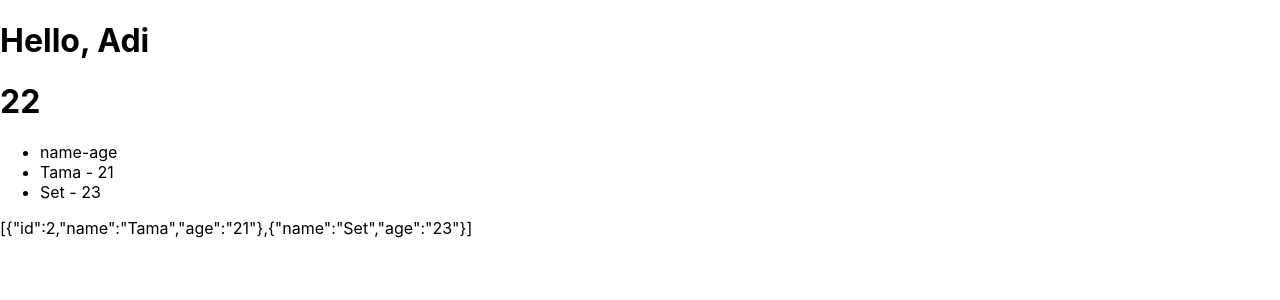
Repository: idaitesamatarp/ifabula
Page: / (app in latihan/)
An editor plug-in stored every save of this project. The page is shown before and after the next save, followed by the edit.
The browser window is 1280 px wide. The pictures show the whole page.
The project was rebuilt for these pictures with package versions that can differ from the ones it lists, and the page was loaded fresh each time. Also part of the build but not shown: latihan/src/App.css, latihan/src/component/UserList.jsx.

Above is the page before, as saved 2022-05-30 15:13:25.

### latihan/src/App.js
// import logo from './logo.svg';
import "./App.css";
import React, { Component } from "react";
import UserList from "./component/UserList";

class App extends Component {
  constructor() {
    super();
    this.state = {
      id: 1,
      name: "Adi",
      age: "22",
      users: [
        {
          id: 2,
          name: "Tama",
          age: "21",
        },
        {
          name: "Set",
          age: "23",
        },
      ],
    };
  }
  render() {
    const { name, age, users } = this.state;
    // console.log("users", users);
    return (
      <div>
        <h1>Hello, {name}</h1>
        <h1>{age}</h1>
        <ul>
          <li>name-age</li>
          {users.map((user) => {
            return (
              <li>
                {user.name} - {user.age}
              </li>
            );
          })}
        </ul>
        {JSON.stringify(users)}
      </div>
    );
  }
}

/* function App() {
  return (
    <div className="App">
      <header className="App-header">
        <img src={logo} className="App-logo" alt="logo" />
        <p>
          Edit <code>src/App.js</code> and save to reload.
        </p>
        <a
          className="App-link"
          href="https://reactjs.org"
          target="_blank"
          rel="noopener noreferrer"
        >
          Learn React
        </a>
      </header>
    </div>
  );
} */

export default App;

Loaded but not shown: latihan/public/index.html (common file); latihan/src/index.js (common file); latihan/src/index.css (common file); latihan/src/reportWebVitals.js (common file)

After the next save:
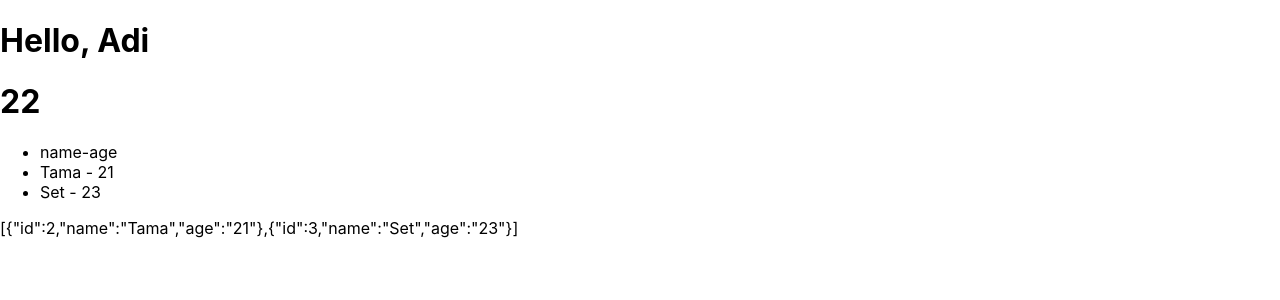
Saved 4 s later.
--- a/latihan/src/App.js
+++ b/latihan/src/App.js
@@ -17,6 +17,7 @@
           age: "21",
         },
         {
+          id: 3,
           name: "Set",
           age: "23",
         },
